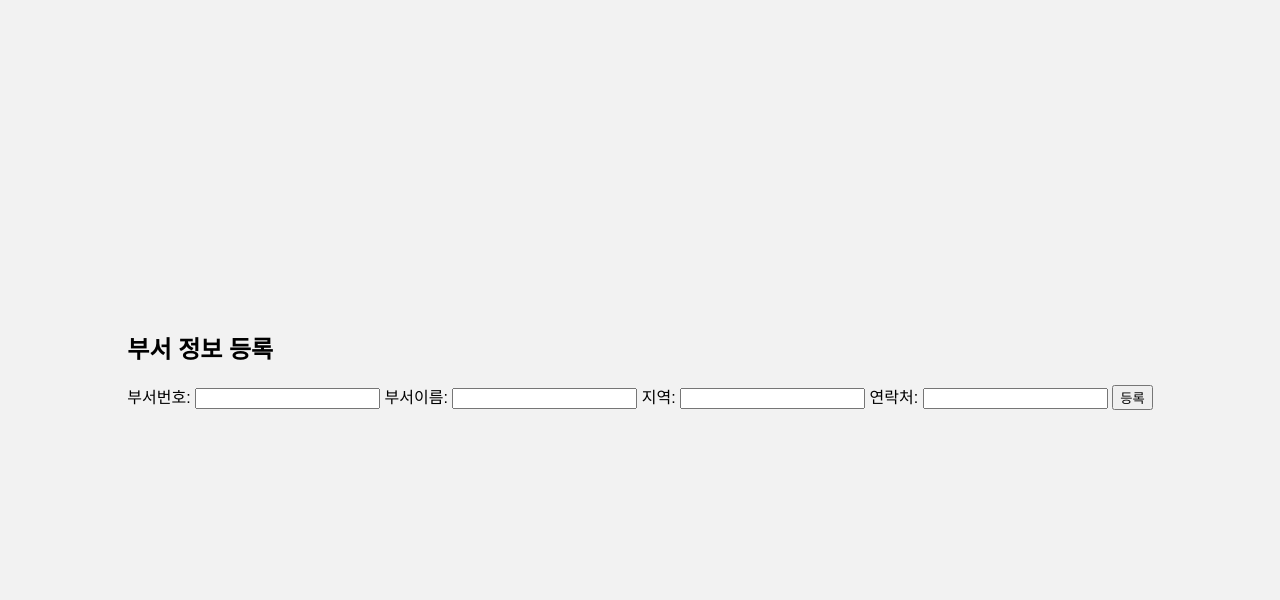
Repository: heyJSH/Study_java_web_sol
Page: http://localhost/jspweb_08/depform.jsp
An editor plug-in stored every save of this project. The page is shown before and after the next save, followed by the edit.
The browser window is 1280 px wide. The pictures show the whole page.
The page is served by Tomcat 9. Other server files are loaded and not shown.

Above is the page before, as saved 2024-01-12 07:13:43.

### workspace_stsb/jspweb_08/src/main/webapp/depform.jsp
<!-- 서버에서 부서 정보를 입력/전송하는 JSP -->
<%@ page language="java" contentType="text/html; charset=UTF-8"
    pageEncoding="UTF-8"%>
<!DOCTYPE html>
<html>
<head>
<meta charset="UTF-8">
<title>Insert title here</title>

<!-- 작성한 폼에 스타일 적용 -->
<style>
	body {
		font-family: Arial, sans-serif;
		background-color: #f2f2f2;
		margin: 0;
        padding: 0;
        display: flex;
        justify-content: center;
        align-items: center;
        height: 100vh;
	}

</style>
</head>

<body>
<!-- JS -->
<script src="js/jquery-3.7.1.min.js"></script>
<!-- 직원 정보 등록할 폼 작성 -->
<div class="department-form">
	<h2>부서 정보 등록</h2>
	<form id="departmentForm">
		<label for="depid">부서번호:</label>
		<input type="text" id="depid" name="depid" required>

		<label for="name">부서이름:</label>
		<input type="text" id="name" name="name" required>

		<label for="location">지역:</label>
		<input type="text" id="location" name="location" required>

		<label for="contact">연락처:</label>
		<input type="text" id="contact" name="contact" required>

		<button type="submit">등록</button>
	</form>
</div>

<!-- 폼 제출 이벤트 처리 (JS) -->
<script>
	$(function() {
		$("#departmentForm").submit(function (event) {
			event.preventDefault();

			// 입력된 값 가져오기
			var depid = $("#depid").val();
			var name = $("name").val();
			var location = $("location").val();
			var contact = $("contact").val();

			// 간단하게 콘솔에 출력(실제로는 서버에 전송하거나 다른 작업 수행)
			console.log("부서번호: ", depid);
			console.log("이름: ", name);
			console.log("지역: ", location);
			console.log("연락처: ", contact);
		});
	});
</script>

</body>
</html>

Loaded but not shown: workspace_stsb/jspweb_08/src/main/webapp/js/jquery-3.7.1.min.js (library)

After the next save:
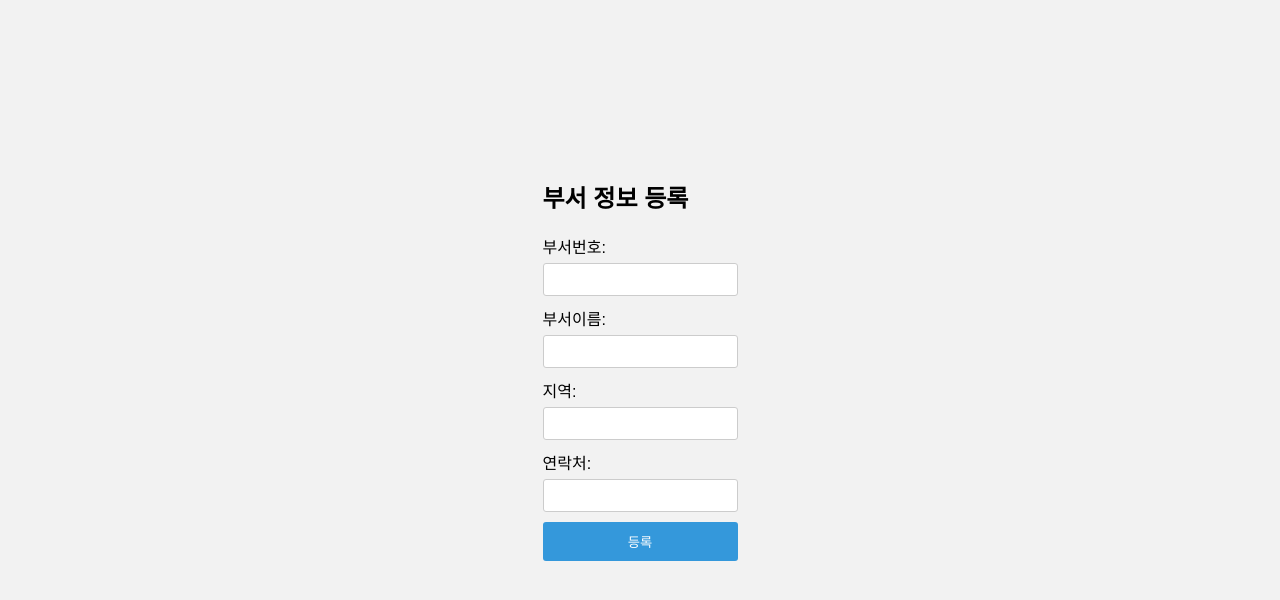
Saved 2 min 8 s later.
--- a/workspace_stsb/jspweb_08/src/main/webapp/depform.jsp
+++ b/workspace_stsb/jspweb_08/src/main/webapp/depform.jsp
@@ -19,7 +19,41 @@
         align-items: center;
         height: 100vh;
 	}
+	.employee-form {
+        background-color: #fff;
+        padding: 20px;
+        border-radius: 5px;
+        box-shadow: 0 0 10px rgba(0, 0, 0, 0.1);
+    }
 
+    form {
+        display: flex;
+        flex-direction: column;
+    }
+
+    label {
+        margin-bottom: 5px;
+    }
+
+    input {
+        padding: 8px;
+        margin-bottom: 10px;
+        border: 1px solid #ccc;
+        border-radius: 3px;
+    }
+
+    button {
+        background-color: #3498db;
+        color: #fff;
+        padding: 10px;
+        border: none;
+        border-radius: 3px;
+        cursor: pointer;
+    }
+
+    button:hover {
+        background-color: #217dbb;
+    }
 </style>
 </head>
 
